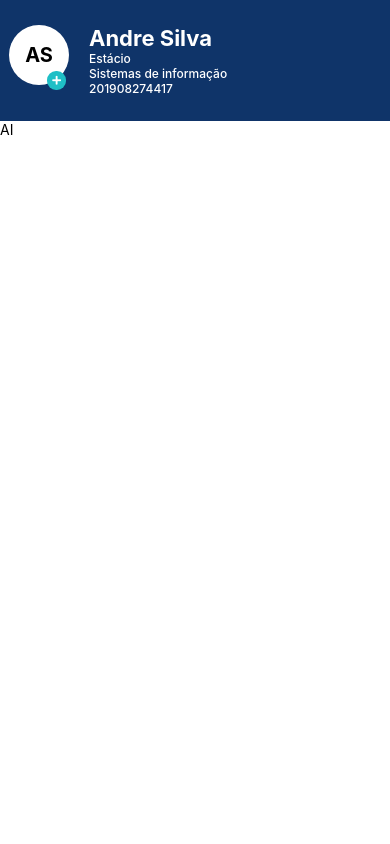
Repository: andre06x/native-estacio
Screen: /
The author's editor kept a copy of each file at every save. The screen is drawn from the files as they stood at one save, then again after a run of saves.
The app was drawn by React Native's web renderer in a window 390 px wide. The project was rebuilt for these pictures with package versions that can differ from the ones it lists, and the page was loaded fresh each time. Also part of the build but not shown: src/Pages/Login/index.tsx.

Above is the screen before, as saved 2022-03-24 14:04:32.

### App.tsx
import { StatusBar } from 'expo-status-bar';
import { StyleSheet, Text, View } from 'react-native';
import { Routes } from "./src/Routes";

export default function App() {
  return (
   <Routes />
  );
}

const styles = StyleSheet.create({
  container: {
    flex: 1,
    backgroundColor: '#fff',
    alignItems: 'center',
    justifyContent: 'center',
  },
});

### src/Routes.tsx
import * as React from 'react';
import { View, Text } from 'react-native';
import { NavigationContainer } from '@react-navigation/native';
import { createNativeStackNavigator } from '@react-navigation/native-stack';
import { Login } from "./Pages/Login";
import { Home } from "./Pages/Home";

const Stack = createNativeStackNavigator();

const Routes = () => {
    return (
      <NavigationContainer>
        <Stack.Navigator>
          <Stack.Screen name="Home" options={{headerShown: false}} component={Home} />
          <Stack.Screen name="Login" options={{headerShown: false}} component={Login} />
        </Stack.Navigator>
      </NavigationContainer>
    );
  }

export { Routes }

### src/Pages/Home/index.tsx
import { StatusBar } from 'expo-status-bar';
import { StyleSheet, Text, View, ScrollView, Image } from 'react-native';
import { SafeAreaView } from "react-native-safe-area-context";
import { FontAwesome5 } from '@expo/vector-icons';

const Home = () => {
  return (
    <SafeAreaView style={styles.container}>
      <StatusBar style="light" backgroundColor="#0F3469" />
      <ScrollView>

        <View style={styles.profile}>
          <View style={styles.profile_text_image}>
            <Text style={styles.profile_text}>AS</Text>
            {/* <Image style={styles.profile_image} source={require('./teste.jpg')} /> */}

            <View style={styles.profile_container_icon}>
              <FontAwesome5 name="plus" size={10} color="white" />
            </View>
          </View>

          <View style={styles.profile_container_info}>
            <Text style={styles.profile_container_info_text}>Andre Silva</Text>

            <Text style={styles.profile_container_info_mini_text}>Estácio</Text>
            <Text style={styles.profile_container_info_mini_text}>Sistemas de informação</Text>
            <Text style={styles.profile_container_info_mini_text}>201908274417</Text>
          </View>


        </View>

        <Text>AI</Text>
      </ScrollView>

    </SafeAreaView>
  );
}

const styles = StyleSheet.create({
  container: {
    flex: 1,
    backgroundColor: '#fff',
  },
  profile: {
    backgroundColor: "#0F3469",
    flexDirection: "row",
    paddingVertical: 25,
    paddingHorizontal: 9
  },
  profile_text_image: {
    width: 60,
    position: "relative",
    height: 60,
    borderRadius: 30,
    justifyContent: "center",
    alignItems: "center",
    backgroundColor: "#fff"
  },
  profile_text: {
    fontSize: 20,
    fontWeight: "700"
  },
  profile_image: {
    width: "100%",
    height: "100%",
    borderRadius: 30,
  },
  profile_container_icon: {
    position: "absolute",
    right: 3,
    bottom: -5,
    backgroundColor: "#1FBFC6",
    width: 19,
    height: 19,
    borderRadius: 9,
    justifyContent: "center",
    alignItems: "center"
  },
  profile_container_info: {
    marginLeft: 20,
  },
  profile_container_info_text: {
    color: "#fff",
    fontSize: 22,
    fontWeight: "700"
  },

  profile_container_info_mini_text: {
    color: "#fff",
    fontSize: 12,
    fontWeight: "500"
  },

});

export { Home }

After the next 2 saves:
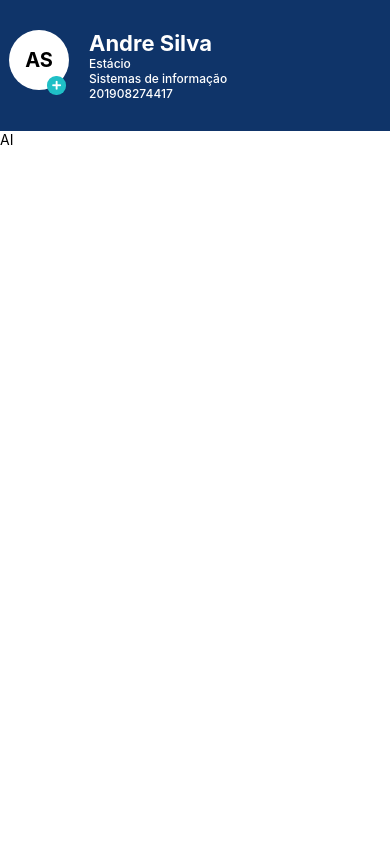
The 2 saves are shown as one change because they came seconds apart.
The last was saved 15 s later.
--- a/src/Pages/Home/index.tsx
+++ b/src/Pages/Home/index.tsx
@@ -45,7 +45,7 @@
   profile: {
     backgroundColor: "#0F3469",
     flexDirection: "row",
-    paddingVertical: 25,
+    paddingVertical: 30,
     paddingHorizontal: 9
   },
   profile_text_image: {
